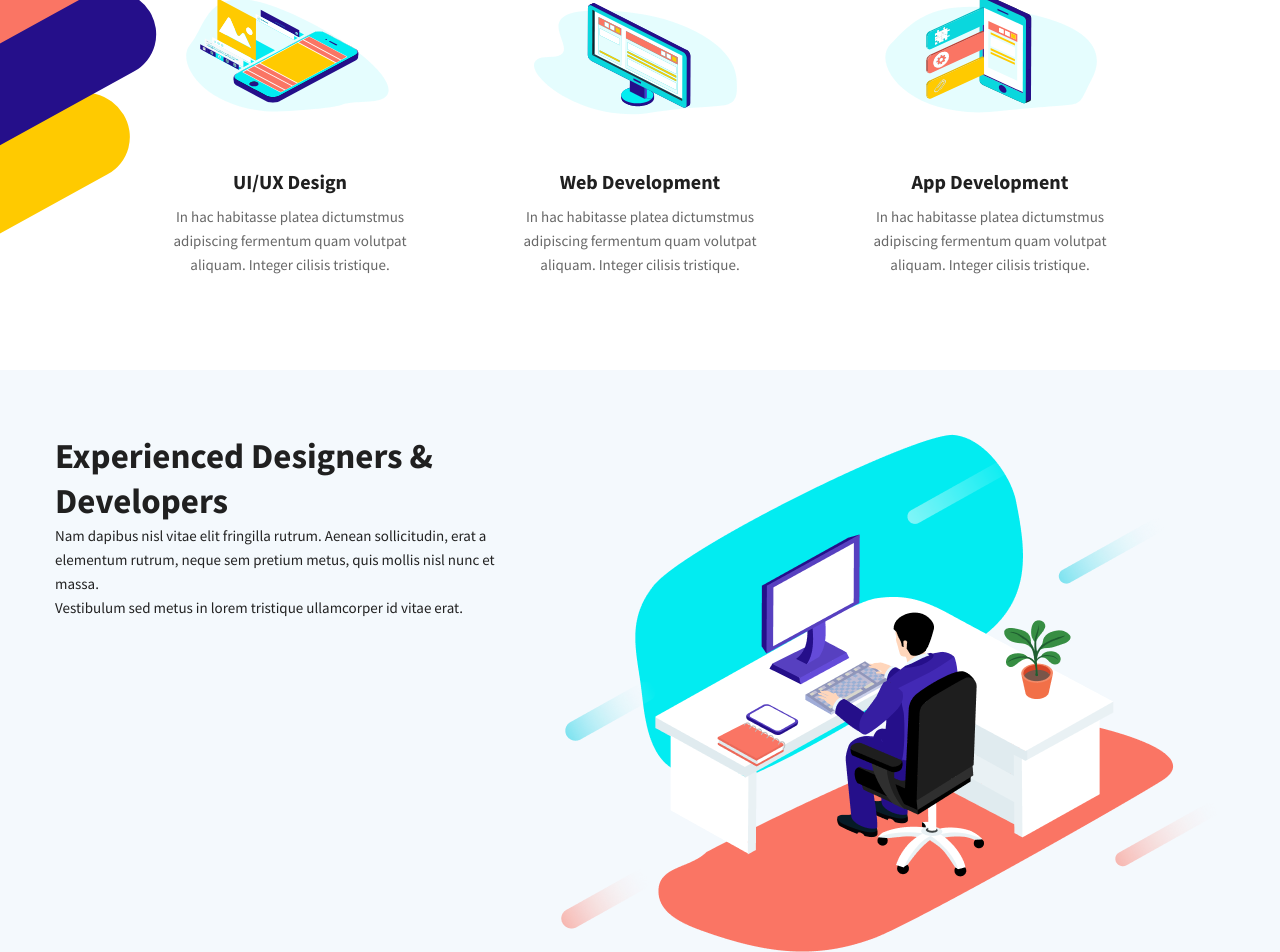
Repository: advert31337/marafon_from0to1_MartaUP
Page: index.html
The author's editor kept a copy of each file at every save. The page is drawn from the files as they stood at one save, then again after the next save.
The browser window is 1280 px wide. The pictures show the part of the page from y = 1001 to 1953 px (the page is 1953 px tall).

Above is the page before, as saved 2020-03-08 10:11:17.

After the next save:
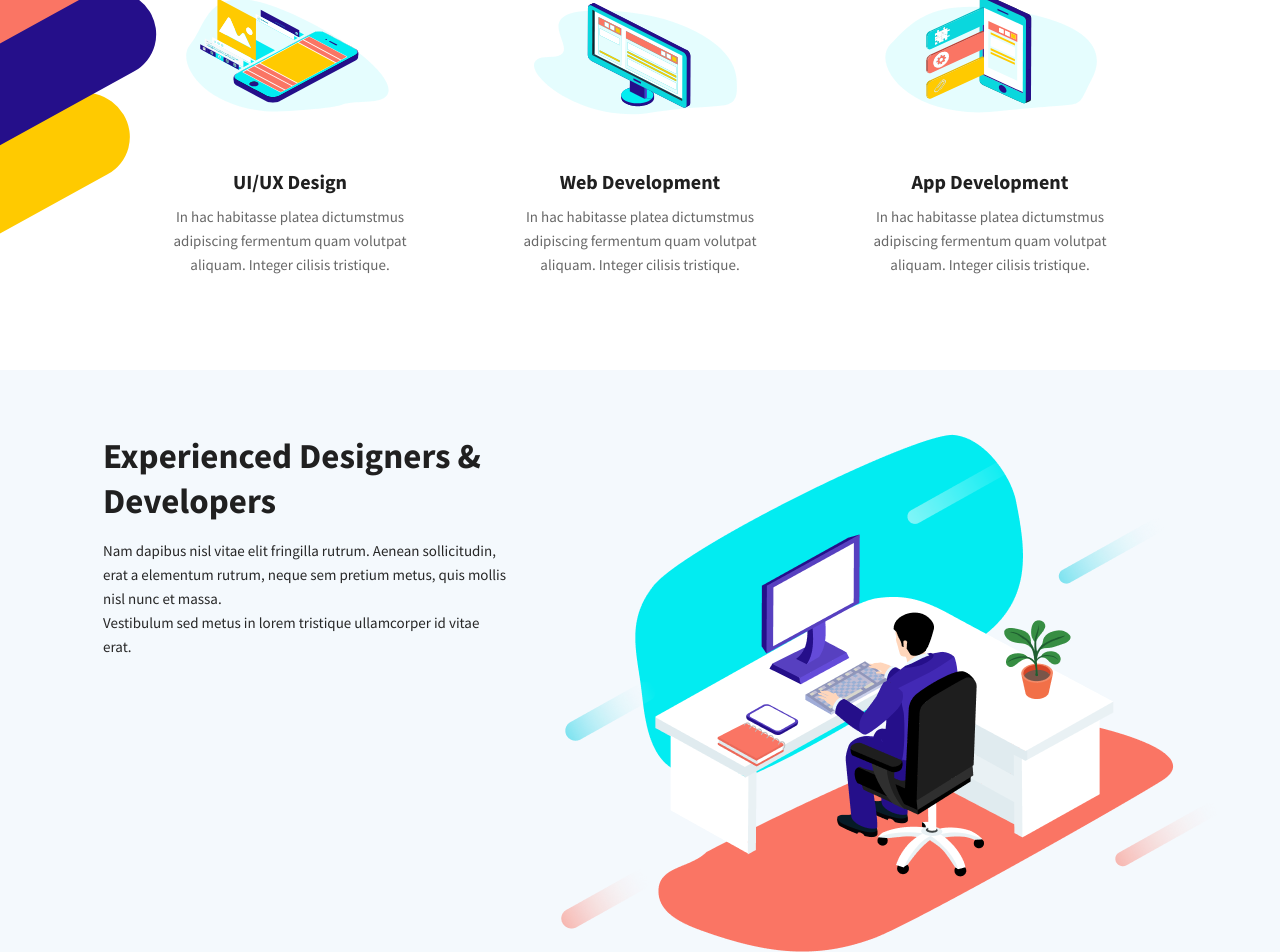
Saved 115 s later.
--- a/css/style.css
+++ b/css/style.css
@@ -198,8 +198,13 @@ a {
     font-size: 35px;
     line-height: 45px;
     font-weight: 700;
+    padding-bottom: 15px;
+    padding-left: 48px;
+
 }
 .advantages-box__text {
+    padding-left: 48px;
+    color: #272727;
 }
 .advantages-box__img {
 }
